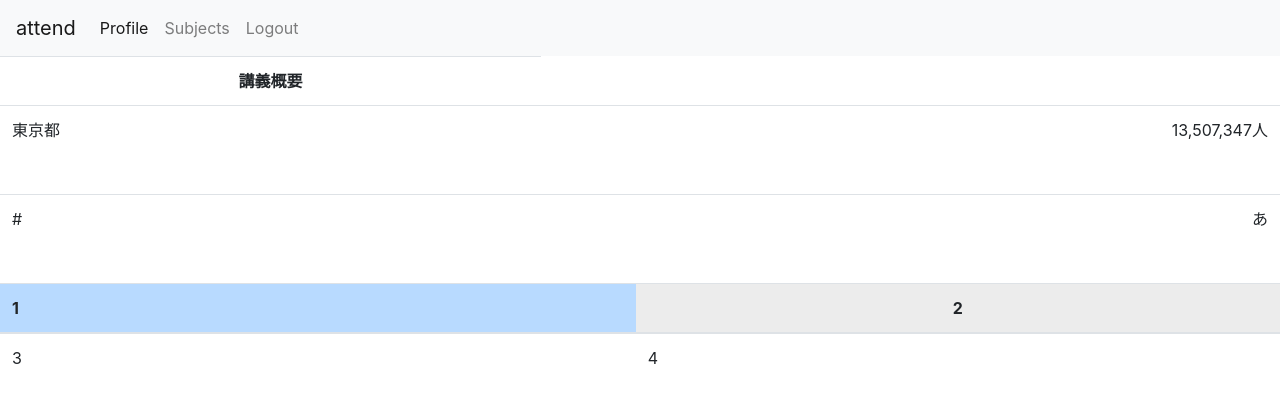
Repository: NaotoSuehiro/Microposts
Page: test/test.html
The author's editor kept a record of every edit. The page is drawn from the files as they stood at one moment, then again after the next edit.
The browser window is 1280 px wide. The pictures show the whole page.

Above is the page before.

### test/test.html
<!DOCTYPE html>
<html lang="ja">
    <head>
        <!-- Required meta tags -->
        <meta charset="utf-8">
        <meta name="viewport" content="width=device-width, initial-scale=1, shrink-to-fit=no">

        <!-- Bootstrap CSS -->
        <link rel="stylesheet" href="https://stackpath.bootstrapcdn.com/bootstrap/4.3.1/css/bootstrap.min.css">

        <title>Hello, world!</title>
    </head>
    <body>

   <nav class="navbar navbar-expand-sm navbar-light bg-light">
            <!-- ホームへ戻るリンク。ブランドロゴなどを置く。 -->
            <a href="#" class="navbar-brand">attend</a>

            <!-- 横幅が狭いときに出るハンバーガーボタン -->
            <button type="button" class="navbar-toggler" data-toggle="collapse" data-target="#nav-bar">
                <span class="navbar-toggler-icon"></span>
            </button>

            <!-- メニュー項目 -->
            <div class="collapse navbar-collapse" id="nav-bar">
                <ul class="navbar-nav">
                    <li class="nav-item active"><a href="#" class="nav-link">Profile</a></li>
                    <li class="nav-item"><a href="#" class="nav-link">Subjects</a></li>
                    <li class="nav-item"><a href="#" class="nav-link">Logout</a></li>
                </ul>
            </div>
        </nav>
        <!-- Optional JavaScript -->
        <!-- jQuery first, then Popper.js, then Bootstrap JS, then Font Awesome -->
        <script src="https://code.jquery.com/jquery-3.3.1.slim.min.js"></script>
        <script src="https://cdnjs.cloudflare.com/ajax/libs/popper.js/1.14.6/umd/popper.min.js"></script>
        <script src="https://stackpath.bootstrapcdn.com/bootstrap/4.3.1/js/bootstrap.min.js"></script>
        <script defer src="https://use.fontawesome.com/releases/v5.7.2/js/all.js"></script>
    </body>
</html>

<table class="table">
    <tr>
        <th class="text-center">講義概要</th>
    </tr>

    <tr>
        <td>東京都</td>
        <td class="text-right">13,507,347人</td>
    </tr>

      <table class="table table-hover">
    <tr>
        <td>#</td>
        <td class="text-right">あ</td>
     </tr>

  　</table>



  　<table class="table">
  　 <thead>
  　     <tr>
  　      <th class="table-primary">1</th>
  　      <th class = "table-active text-center">2</th>
  　     </tr>
  　 </thead>
     <tbody>
         <tr>
             <td>3</td>
             <td>4</td>
         </tr>
     </tbody>
　　</table>

After the next edit:
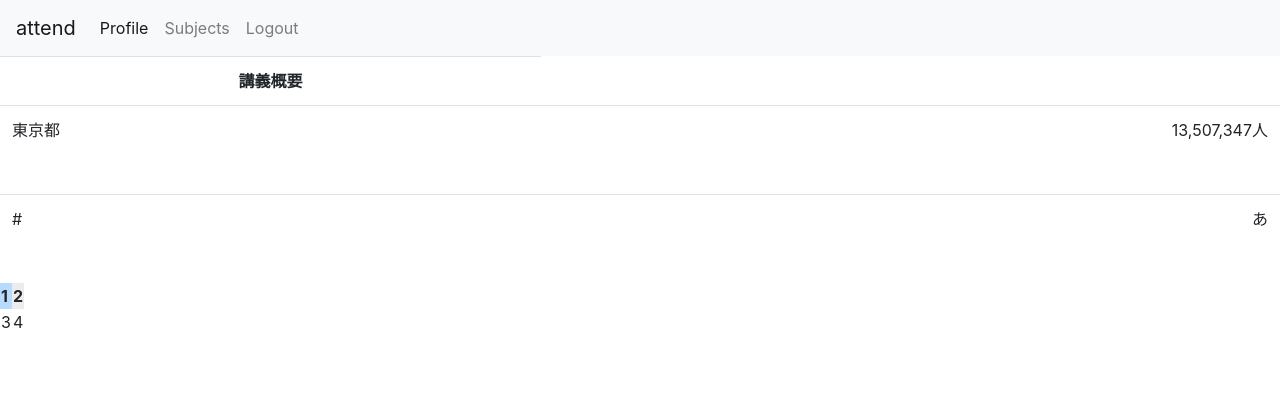
The edit:
--- a/test/test.html
+++ b/test/test.html
@@ -59,7 +59,7 @@
 
 
 
-  　<table class="table">
+  　<table class="table-hover">
   　 <thead>
   　     <tr>
   　      <th class="table-primary">1</th>
